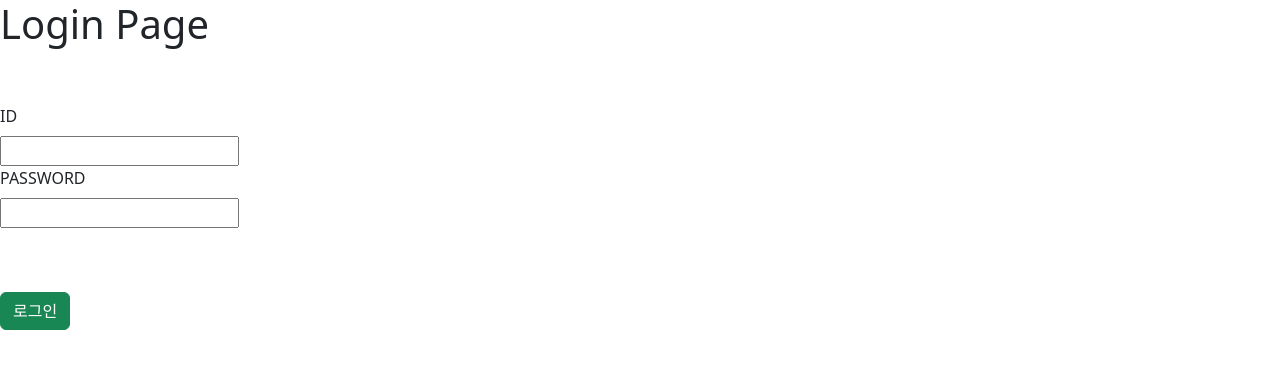
Repository: doridori890130/JSP
Page: http://localhost/jsp_project/mem/login
These files come from the project's save history. The page is drawn as it stood at one moment and after the next save; the edit follows.
The browser window is 1280 px wide. The pictures show the whole page.
The page is served by Tomcat 9. Other server files are loaded and not shown.

Above is the page before, as saved 2023-06-01 03:54:53.

### jsp_project4/jsp_project/src/main/webapp/member/login.jsp
<%@ page language="java" contentType="text/html; charset=UTF-8"
    pageEncoding="UTF-8"%>
<!DOCTYPE html>
<html>
<head>
<meta charset="UTF-8">
<!-- CSS only -->
<link href="https://cdn.jsdelivr.net/npm/bootstrap@5.2.2/dist/css/bootstrap.min.css" rel="stylesheet" integrity="sha384-Zenh87qX5JnK2Jl0vWa8Ck2rdkQ2Bzep5IDxbcnCeuOxjzrPF/et3URy9Bv1WTRi" crossorigin="anonymous">

<title>Insert title here</title>
</head>
<body>
	<h1>Login Page</h1>
	<br> <br>
	<form action="/mem/login_auth" method="post" >
	<div class="mb-3">
  <label for="exampleFormControlInput1" class="form-label">ID</label> <br>
		 <input type="text" name="id" > <br>
  <label for="exampleFormControlInput1" class="form-label">PASSWORD</label> <br>
		 <input type="password" name="password" > <br>
  	</div>
<br> <br>
		<button class="btn btn-success" type="submit" >로그인</button>
	</form>
</body>
</html>

### jsp_project4/jsp_project/src/main/java/Controller/MemberController.java
package Controller;

import java.io.IOException;
import java.util.List;

import javax.servlet.RequestDispatcher;
import javax.servlet.ServletException;
import javax.servlet.annotation.WebServlet;
import javax.servlet.http.HttpServlet;
import javax.servlet.http.HttpServletRequest;
import javax.servlet.http.HttpServletResponse;
import javax.servlet.http.HttpSession;

import org.slf4j.Logger;
import org.slf4j.LoggerFactory;

import domain.MemberVO;
import service.MemberService;
import service.MemberServiceImpl;

/**
 * Servlet implementation class MemberController
 */
@WebServlet("/mem/*")
public class MemberController extends HttpServlet {
	private static final long serialVersionUID = 1L;
	private static Logger log = LoggerFactory.getLogger(MemberController.class);
	private RequestDispatcher rdp; // 웹의 목적지 주소로 객체를 전달해주는 객체
    private String destpage;
    private int isOk;
    private MemberService msv;

    public MemberController() {
        msv = new MemberServiceImpl();
    }


	protected void service(HttpServletRequest request, HttpServletResponse response) throws ServletException, IOException {
		//characterENcoding 설정
		request.setCharacterEncoding("utf-8");
		response.setCharacterEncoding("utf-8");
		response.setContentType("text/html; charset=utf-8");

		String uri = request.getRequestURI();
		log.info(">>> uri : "+uri);
		String path = uri.substring(uri.lastIndexOf("/")+1);
		log.info(">>> path : "+path);

		switch(path) {
		case "join":
			destpage="/member/join.jsp";
			break;
		case "register":
			try {
				String id = request.getParameter("id");
				String password = request.getParameter("password");
				String email = request.getParameter("email");
				int age = Integer.parseInt(request.getParameter("age"));
				MemberVO mvo = new MemberVO(id,password,email,age);
				isOk = msv.register(mvo);
			} catch (Exception e) {
				e.printStackTrace();
			}
			break;
		case "login":
			destpage="/member/login.jsp";
			break;
		case "login_auth":
			try {
				String id = request.getParameter("id");
				String password = request.getParameter("password");
				MemberVO mvo= new MemberVO(id,password);
				MemberVO loginMvo = msv.login(mvo);
				if(loginMvo != null) {
					HttpSession ses = request.getSession();
					ses.setAttribute("ses", loginMvo);
					ses.setMaxInactiveInterval(10*60);
				}else {
					request.setAttribute("msg_login", 0);
				}
				destpage="/";
			} catch (Exception e) {
				e.printStackTrace();
			}
			break;
		case "logout":
			try {
				HttpSession ses = request.getSession();
				MemberVO mvo = (MemberVO )ses.getAttribute("ses");
				String id = mvo.getId();
				isOk = msv.lastlogin(id);
				ses.invalidate();

			} catch (Exception e) {
				e.printStackTrace();
			}
			destpage="/";
			break;
		case "modify":
			destpage="/member/modify.jsp";
			break;
		case "edit" :
			try {
				MemberVO mvo = new MemberVO(
						request.getParameter("id"),
						request.getParameter("password"),
						request.getParameter("email"),
						Integer.parseInt(request.getParameter("age")),
						request.getParameter("reg_date"),
						request.getParameter("last_login"));
				isOk=msv.modify(mvo);
				if(isOk>0) {
					request.setAttribute("mvo", mvo);
					HttpSession ses = request.getSession();
					ses.setAttribute("ses", mvo);
				}
				destpage="/";
			} catch (Exception e) {
				e.printStackTrace();
			}
			break;
		case "list" :
			try {
				List<MemberVO> list = msv.getList();
				request.setAttribute("list", list);
				destpage="/member/list.jsp";
			} catch (Exception e) {
				e.printStackTrace();
			}
			break;
		case "remove":
			try {
				HttpSession ses = request.getSession();
				MemberVO reMvo = (MemberVO)ses.getAttribute("ses");
				String delId= reMvo.getId();
				isOk = msv.remove(delId);
				ses.invalidate();
				destpage="/";
			} catch (Exception e) {
				e.printStackTrace();
			}
			break;
		}


		rdp = request.getRequestDispatcher(destpage);
		rdp.forward(request, response);
	}


	protected void doGet(HttpServletRequest request, HttpServletResponse response) throws ServletException, IOException {
		service(request,response);
	}


	protected void doPost(HttpServletRequest request, HttpServletResponse response) throws ServletException, IOException {
		service(request,response);
	}

}

### jsp_project4/jsp_project/src/main/java/service/MemberServiceImpl.java
package service;

import java.util.List;

import org.slf4j.Logger;
import org.slf4j.LoggerFactory;

import domain.MemberVO;
import repository.MemberDAO;
import repository.MemberDAOImpl;

public class MemberServiceImpl implements MemberService {
	private static Logger log = LoggerFactory.getLogger(MemberServiceImpl.class);
	private MemberDAO mdao;

	public MemberServiceImpl() {
		mdao= new MemberDAOImpl();
	}

	@Override
	public int register(MemberVO mvo) {
		log.info(">>register service");
		return mdao.register(mvo);
	}

	@Override
	public MemberVO login(MemberVO mvo) {
		log.info(">>login service");
		return mdao.login(mvo);
	}

	@Override
	public int lastlogin(String id) {
		log.info(">>lastlogin service");
		return mdao.lastlogin(id);
	}

	@Override
	public int modify(MemberVO mvo) {
		log.info(">>lastlogin service");
		return mdao.modify(mvo);
	}

	@Override
	public List<MemberVO> getList() {
		log.info(">>lastlogin service");
		return mdao.list();
	}

	@Override
	public int remove(String delId) {
		log.info(">>lastlogin service");
		return mdao.remove(delId);
	}
}

### jsp_project4/jsp_project/src/main/java/repository/MemberDAO.java
package repository;

import java.util.List;

import domain.MemberVO;

public interface MemberDAO {

	int register(MemberVO mvo);

	MemberVO login(MemberVO mvo);

	int lastlogin(String id);

	int modify(MemberVO mvo);

	List<MemberVO> list();

	int remove(String delId);

}

### jsp_project4/jsp_project/src/main/java/repository/MemberDAOImpl.java
package repository;

import java.util.List;

import org.apache.ibatis.session.SqlSession;
import org.slf4j.Logger;
import org.slf4j.LoggerFactory;

import domain.MemberVO;
import orm.DatabaseBuilder;



public class MemberDAOImpl implements MemberDAO {
	private static Logger log = LoggerFactory.getLogger(MemberDAOImpl.class);
	private SqlSession sql;
	private String NS = "MemberMapper.";

	public MemberDAOImpl() {
		new DatabaseBuilder();
		sql= DatabaseBuilder.getFactory().openSession();
	}

	@Override
	public int register(MemberVO mvo) {
		int isOk=sql.insert(NS+"register",mvo);
		if(isOk>0) {
			sql.commit();
		}
		return isOk;
	}

	@Override
	public MemberVO login(MemberVO mvo) {

		return sql.selectOne(NS+"login",mvo);
	}

	@Override
	public int lastlogin(String id) {
		int isOk=sql.update(NS+"lastlogin",id);
		if(isOk>0) {
			sql.commit();
		}
		return isOk;
	}

	@Override
	public int modify(MemberVO mvo) {
		int isOk=sql.update(NS+"modify",mvo);
		if(isOk>0) {
			sql.commit();
		}
		return isOk;
	}

	@Override
	public List<MemberVO> list() {

		return sql.selectList(NS+"list");
	}

	@Override
	public int remove(String delId) {
		int isOk=sql.delete(NS+"del",delId);
		if(isOk>0) {
			sql.commit();
		}
		return isOk;
	}
}

### jsp_project4/jsp_project/src/main/java/orm/DatabaseBuilder.java
package orm;


import java.io.IOException;
import org.apache.ibatis.io.Resources;
import org.apache.ibatis.session.SqlSessionFactory;
import org.apache.ibatis.session.SqlSessionFactoryBuilder;
import org.slf4j.Logger;
import org.slf4j.LoggerFactory;

public class DatabaseBuilder {
	private static Logger log = LoggerFactory.getLogger(DatabaseBuilder.class);
	private static SqlSessionFactory factory;
	private static final String config = "orm/MybatisConfig.xml";

	static {
		try {
			factory = new SqlSessionFactoryBuilder().build(Resources.getResourceAsReader(config));

		} catch (IOException e) {
			log.info("Mybatis 설정오류");
			e.printStackTrace();
		}
	}
	public static SqlSessionFactory getFactory() {
		return factory;
	}
}

### jsp_project4/jsp_project/src/main/java/domain/MemberVO.java
package domain;

public class MemberVO {
//	create table meminfo(
//			mno int auto_increment,
//			id varchar(100),
//			password varchar(100),
//			email varchar(100),
//			age int,
//			reg_date datetime default now(),
//			last_login datetime default null,
//			primary key(mno));
	private int mno;
	private String id;
	private String password;
	private String email;
	private int age;
	private String reg_date;
	private String last_login;

	public MemberVO() {}
	//resister (id, passwor, email, age)
	public MemberVO(String id ,String password, String email, int age) {
		this.id=id;
		this.password=password;
		this.email=email;
		this.age=age;
	}

	// login
	public MemberVO(String id, String password) {
		this.id=id;
		this.password=password;
	}

	//list(id, email, age, reg_date, last_login)
	public MemberVO(String id, String email,int age,String reg_date , String last_login) {
		this.id=id;
		this.email=email;
		this.age=age;
		this.reg_date=reg_date;
		this.last_login=last_login;
	}
	//modify (password, age, email)
	public MemberVO(String password, int age, String email) {
		this.password=password;
		this.age=age;
		this.email=email;
	}
	public MemberVO(String id, String password, String email, int age, String reg_date, String last_login) {

		this.id = id;
		this.password = password;
		this.email = email;
		this.age = age;
		this.reg_date = reg_date;
		this.last_login = last_login;
	}
	public int getMno() {
		return mno;
	}
	public void setMno(int mno) {
		this.mno = mno;
	}
	public String getId() {
		return id;
	}
	public void setId(String id) {
		this.id = id;
	}
	public String getPassword() {
		return password;
	}
	public void setPassword(String password) {
		this.password = password;
	}
	public String getEmail() {
		return email;
	}
	public void setEmail(String email) {
		this.email = email;
	}
	public int getAge() {
		return age;
	}
	public void setAge(int age) {
		this.age = age;
	}
	public String getReg_date() {
		return reg_date;
	}
	public void setReg_date(String reg_date) {
		this.reg_date = reg_date;
	}
	public String getLast_login() {
		return last_login;
	}
	public void setLast_login(String last_login) {
		this.last_login = last_login;
	}
	@Override
	public String toString() {
		return "MemberVo [mno=" + mno + ", id=" + id + ", password=" + password + ", email=" + email + ", age=" + age
				+ ", reg_date=" + reg_date + ", last_login=" + last_login + "]";
	}

}

### jsp_project4/jsp_project/src/main/java/domain/BoardVO.java
package domain;

public class BoardVO {
	private int bno;
	private String title;
	private String writer;
	private String content;
	private String reg_date;
	private int read_count;
	private String image_file;

	public BoardVO() {}

	//register(title, writer, content)
	public BoardVO(String title, String writer, String content) {
		this.title = title;
		this.writer = writer;
		this.content = content;
	}
	//list(bno, title, writer, reg_date)
	public BoardVO(int bno, String title, String writer,
			String reg_date, int read_count) {
		this.bno = bno;
		this.title = title;
		this.writer = writer;
		this.reg_date = reg_date;
		this.read_count = read_count;
	}
	//detail(all)
	public BoardVO(int bno, String title, String writer, String content, String reg_date, int read_count, String image_file) {
		this.bno = bno;
		this.title = title;
		this.writer = writer;
		this.content = content;
		this.reg_date = reg_date;
		this.read_count = read_count;
		this.image_file = image_file;
	}

	//update(bno, title, content)
	public BoardVO(int bno, String title, String content) {
		this.bno = bno;
		this.title =title;
		this.content=content;
	}

	//getter/setter
	public int getBno() {
		return bno;
	}

	public void setBno(int bno) {
		this.bno = bno;
	}

	public String getTitle() {
		return title;
	}

	public int getRead_count() {
		return read_count;
	}

	public void setRead_count(int read_count) {
		this.read_count = read_count;
	}

	public void setTitle(String title) {
		this.title = title;
	}

	public String getWriter() {
		return writer;
	}

	public void setWriter(String writer) {
		this.writer = writer;
	}

	public String getContent() {
		return content;
	}

	public void setContent(String content) {
		this.content = content;
	}

	public String getReg_date() {
		return reg_date;
	}

	public void setReg_date(String reg_date) {
		this.reg_date = reg_date;
	}


	public String getImage_file() {
		return image_file;
	}

	public void setImage_file(String image_file) {
		this.image_file = image_file;
	}

	@Override
	public String toString() {
		return "BoardVO [bno=" + bno + ", title=" + title + ", writer=" + writer + ", content=" + content
				+ ", reg_date=" + reg_date + ", read_count=" + read_count + "]";
	}




}

### jsp_project4/jsp_project/src/main/java/domain/CommentVO.java
package domain;

public class CommentVO {
	private int cno;
	private int bno;
	private String writer;
	private String content;
	private String reg_date;

	public CommentVO() {}

	//post(bno, writer, content)
	public CommentVO(int bno, String writer, String content) {
	this.bno=bno;
	this.writer=writer;
	this.content=content;
	}
	//(writer, content, cno)
	public CommentVO(String writer, String content, int cno) {
	this.writer = writer;
	this.content = content;
	this.cno = cno;
	}
	//modify(cno, content)
	public CommentVO(int cno, String content) {
		this.cno = cno;
		this.content = content;
	}
	//list(bno, cno, writer, content, reg_date)
	public CommentVO(int bno, int cno, String writer, String content,
			String reg_date) {
		this(bno, writer, content);
		this.cno=cno;
		this.reg_date=reg_date;
	}

	public int getCno() {
		return cno;
	}

	public void setCno(int cno) {
		this.cno = cno;
	}

	public int getBno() {
		return bno;
	}

	public void setBno(int bno) {
		this.bno = bno;
	}

	public String getWriter() {
		return writer;
	}

	public void setWriter(String writer) {
		this.writer = writer;
	}

	public String getContent() {
		return content;
	}

	public void setContent(String content) {
		this.content = content;
	}

	public String getReg_date() {
		return reg_date;
	}

	public void setReg_date(String reg_date) {
		this.reg_date = reg_date;
	}

	@Override
	public String toString() {
		return "CommentVO [cno=" + cno + ", bno=" + bno + ", writer=" + writer + ", content=" + content + ", reg_date="
				+ reg_date + "]";
	}
}

### jsp_project4/jsp_project/src/main/java/domain/PagingVO.java
package domain;

public class PagingVO {
	private int pageNo;
	private int qty;

	private String type;
	private String keyword;

	public PagingVO() {
		this(1,10);
	}
	public PagingVO(int pageNo, int qty) {
		this.pageNo=pageNo;
		this.qty=qty;
	}

	public int getPageStart() {
		return (this.pageNo-1)*10;
	}

	public String[] gettypeToArray() {
		return this.type == null ? new String[] {} : this.type.split("");
	}
	public int getPageNo() {
		return pageNo;
	}
	public void setPageNo(int pageNo) {
		this.pageNo = pageNo;
	}
	public int getQty() {
		return qty;
	}
	public void setQty(int qty) {
		this.qty = qty;
	}
	public String getType() {
		return type;
	}
	public void setType(String type) {
		this.type = type;
	}
	public String getKeyword() {
		return keyword;
	}
	public void setKeyword(String keyword) {
		this.keyword = keyword;
	}
	@Override
	public String toString() {
		return "PagingVO [pageNo=" + pageNo + ", qty=" + qty + ", type=" + type + ", keyword=" + keyword + "]";
	}

}

After the next save:
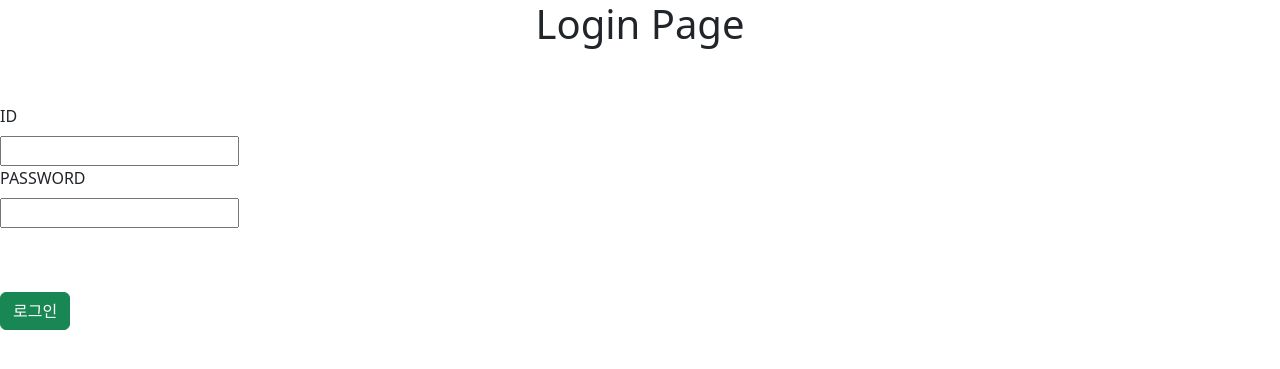
Saved 95 s later.
--- a/jsp_project4/jsp_project/src/main/webapp/member/login.jsp
+++ b/jsp_project4/jsp_project/src/main/webapp/member/login.jsp
@@ -3,10 +3,15 @@
 <!DOCTYPE html>
 <html>
 <head>
+
 <meta charset="UTF-8">
 <!-- CSS only -->
 <link href="https://cdn.jsdelivr.net/npm/bootstrap@5.2.2/dist/css/bootstrap.min.css" rel="stylesheet" integrity="sha384-Zenh87qX5JnK2Jl0vWa8Ck2rdkQ2Bzep5IDxbcnCeuOxjzrPF/et3URy9Bv1WTRi" crossorigin="anonymous">
-
+<style type="text/css">
+ H1{
+ 	text-align: center;
+ }
+</style>
 <title>Insert title here</title>
 </head>
 <body>
